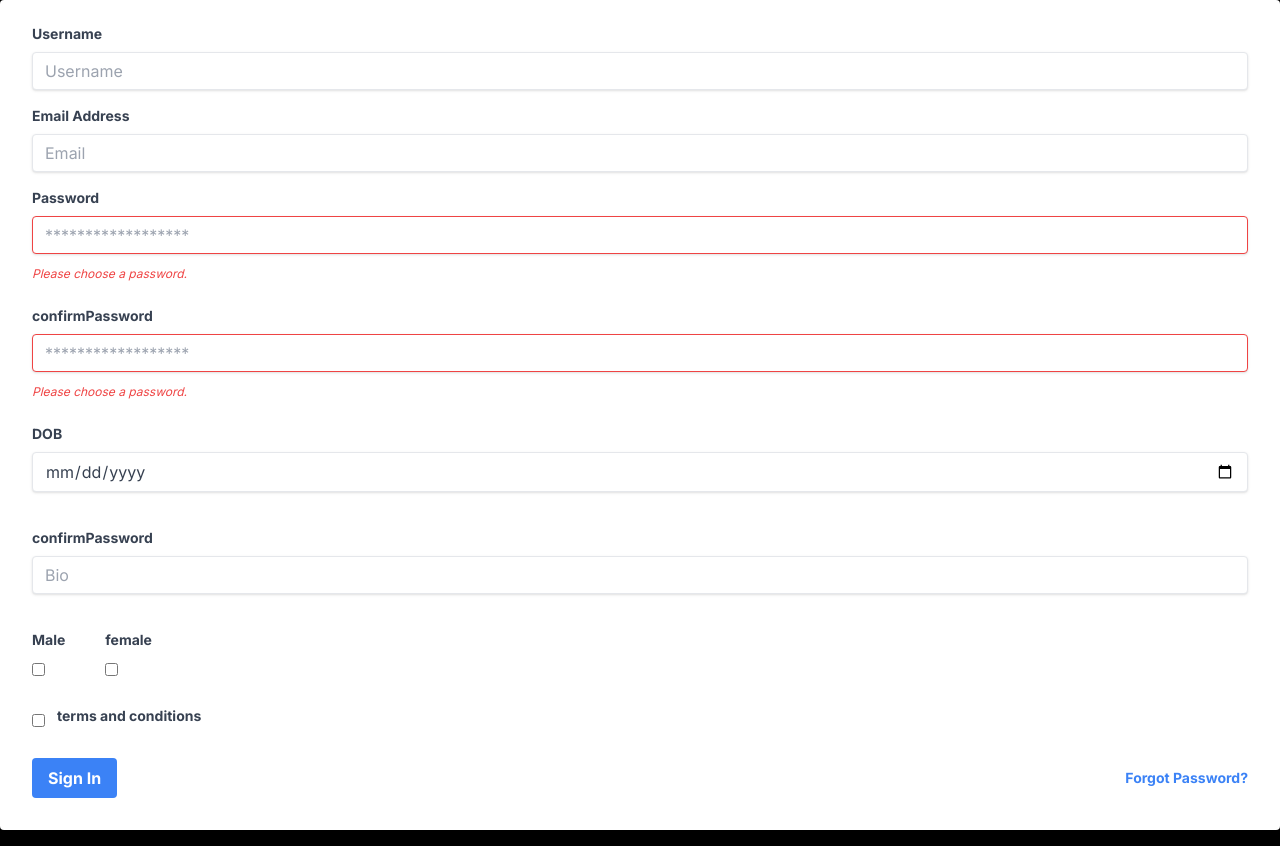
Repository: uh-sman/tiktok-card
Page: /
The author's editor kept a copy of each file at every save. The page is drawn from the files as they stood at one save, then again after the next save.
The browser window is 1280 px wide. The pictures show the whole page.
The project was rebuilt for these pictures with package versions that can differ from the ones it lists, and the page was loaded fresh each time. The framework's server and built-in components were replaced by stand-ins that run in the browser. Also part of the build but not shown: next.config.js.

Above is the page before, as saved 2023-12-19 12:46:12.

After the next save:
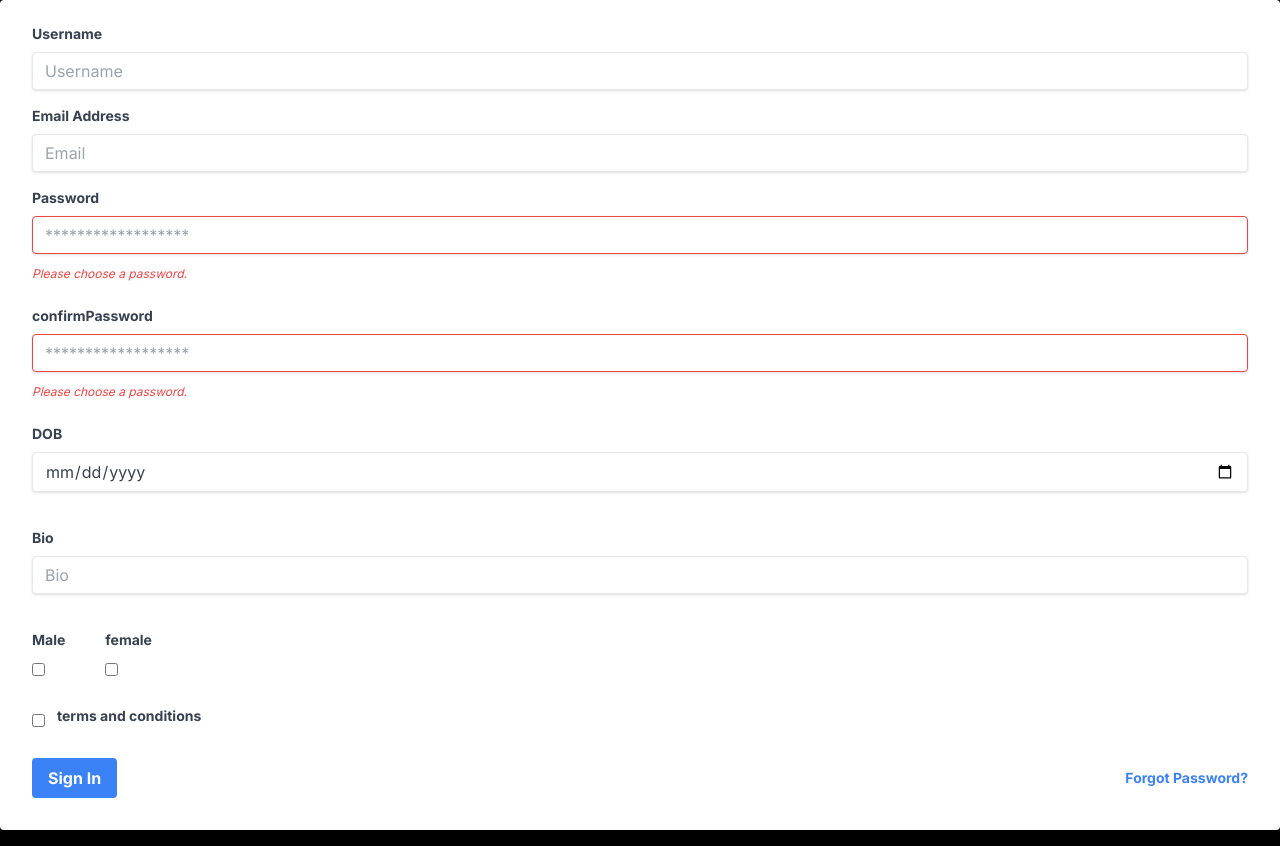
Saved 77 s later.
--- a/app/page.tsx
+++ b/app/page.tsx
@@ -64,7 +64,7 @@ export default function Home() {
     </div>
     <div className="mb-6">
       <label className="block text-gray-700 text-sm font-bold mb-2" htmlFor="password">
-        confirmPassword
+        Bio
       </label>
       <Input onChange={() => {}} className="shadow appearance-none border rounded w-full py-2 px-3 text-gray-700 mb-3 leading-tight focus:outline-none focus:shadow-outline" id="Bio" type="text" placeholder="Bio" />
       {/* <p className="text-red-500 text-xs italic">Please confirm your password.</p> */}
